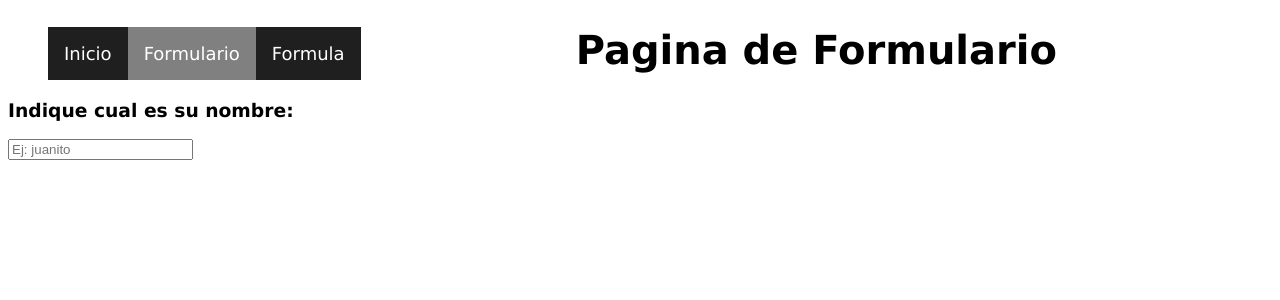
Repository: misterySnow94/tutoriales
Page: pagina basica/formulario.html
The author's editor kept a copy of each file at every save. The page is drawn from the files as they stood at one save, then again after the next save.
The browser window is 1280 px wide. The pictures show the whole page.

Above is the page before, as saved 2019-11-03 23:48:45.

After the next save:
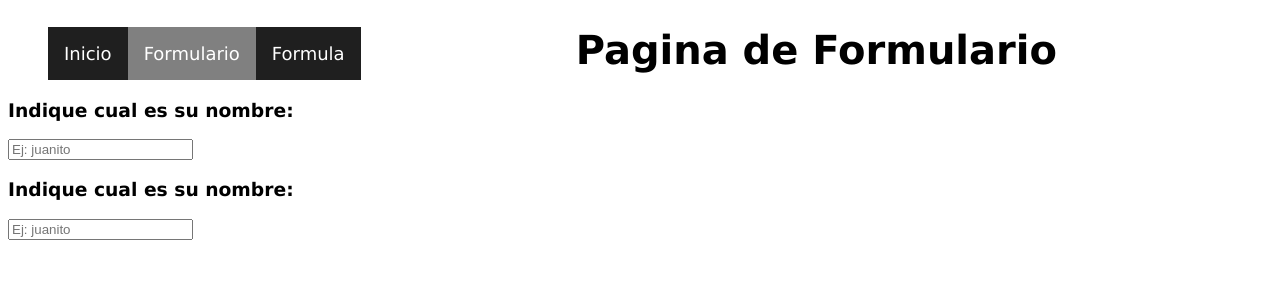
Saved 4 s later.
--- a/pagina basica/formulario.html
+++ b/pagina basica/formulario.html
@@ -24,6 +24,10 @@
                 <h3>Indique cual es su nombre:</h3>
                 <input type="text" placeholder="Ej: juanito" name="nombre">
             </label>
+            <label for="nombre">
+                <h3>Indique cual es su nombre:</h3>
+                <input type="text" placeholder="Ej: juanito" name="nombre">
+            </label>
         </form>
     </div>
 </body>
